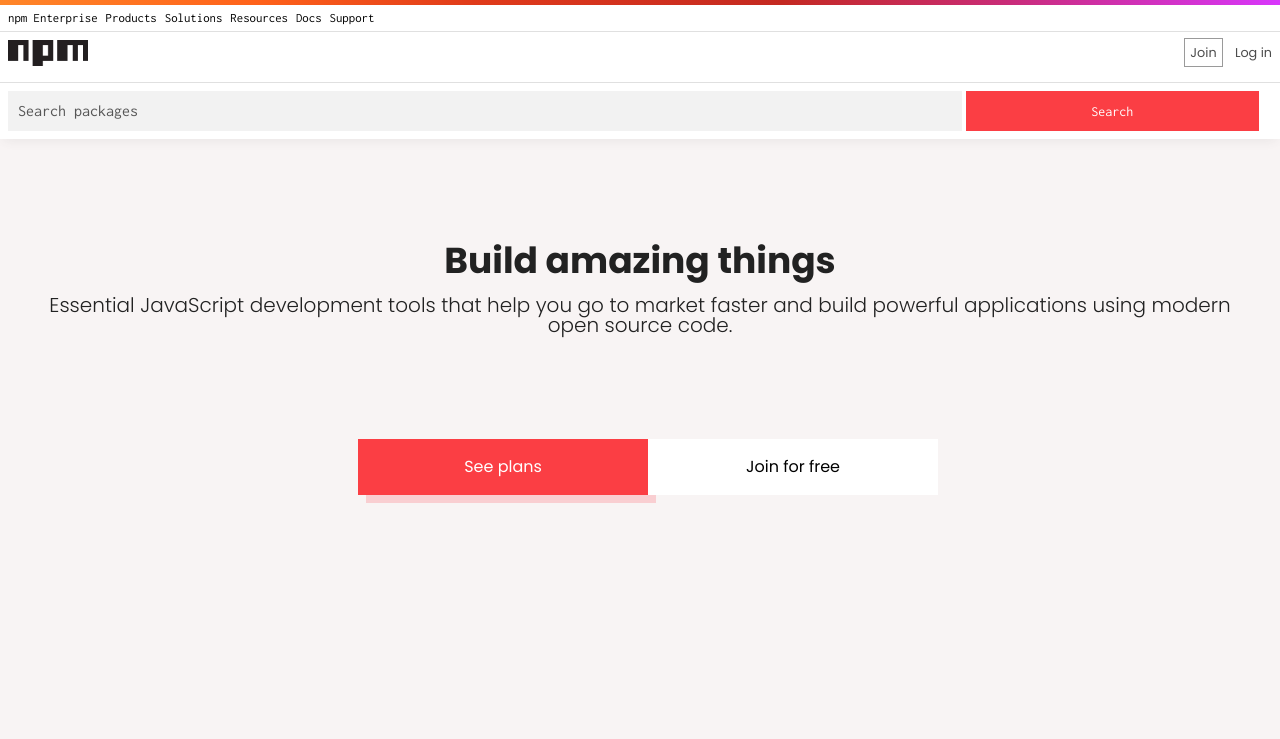
Repository: MarilynCuore/Ejercicico4
Page: index.html
The author's editor kept a copy of each file at every save. The page is drawn from the files as they stood at one save, then again after the next save.
The browser window is 1280 px wide. The pictures show the part of the page from y = 0 to 739 px (the page is 2210 px tall).
Pictures or frames that could not be fetched are drawn as grey boxes. The style sheet was rebuilt from its Sass, Less or Tailwind sources for each picture, by a compiler version that may differ from the author's.

Above is the page before, as saved 2019-05-24 20:58:51.

### index.html
<!DOCTYPE html>
<html lang="en">

<head>
    <meta charset="UTF-8">
    <meta name="viewport" content="width=device-width, initial-scale=1.0">
    <meta http-equiv="X-UA-Compatible" content="ie=edge">
    <title>Document</title>
    <link rel="stylesheet" href="./styles/styles.css">
    <link rel="stylesheet" href="./styles/reset.css">
</head>

<body>
    <!-- Header -->
    <header>
        <!-- Gradient -->
        <div class="gradient"></div>
        <nav class="main-nav">
            <!-- Menu -->
            <div class="principal-nav">
                <ul>
                    <li>❤</li>
                    <li><a href="">NaN producing Misery</a></li>
                </ul>
                <ul>
                    <li><a href="">npm Enterprise</a></li>
                    <li><a href="">Products</a></li>
                    <li><a href="">Solutions</a></li>
                    <li><a href="">Resources</a></li>
                    <li><a href="">Docs</a></li>
                    <li><a href="">Support</a></li>
                </ul>
            </div>
            <!-- Menu 2-->
            <div class="second-nav">
                <div class="logo">
                    <a href="">
                        <img src="./src/npmlogo.png" alt="">
                    </a>
                </div>
                <div class="login">
                    <a>Join</a>
                    <a>Log in</a>
                </div>
                <div class="search">
                    <input type="text" placeholder="Search packages">
                    <button>Search</button>
                </div>
            </div>
        </nav>
    </header>

    <!-- Section 1 -->
    <section class="principal-section">
        <div class="content-principal-section">
            <h1>Build amazing things</h1>
            <span>Essential JavaScript development tools that help you go to market faster and build powerful
                applications
                using modern open source code.</span>
        </div>
        <div class="action-principal-section">
            <a href="">See plans</a>
            <a href="">Join for free</a>
        </div>
    </section>

    <!-- Section 2 -->
    <section class="second-section">
        <div class="bg-image"></div>
        <div class="text-conten-second-section">
            <h2>Bring the best of open source to your company</h2>
            <p>npm is the tool used by over 11,000,000 JavaScript developers around the world. Your developers already
                use it. Your company depends on it. Create an Org and get more out of the tools your team already knows
                and loves.</p>
        </div>
    </section>

    <!-- Section 3 -->
    <div class="third-section">
        <article>
            <img src="https://static.npmjs.com/attachments/cjsdu28lz00nmph74dpr1pju0-zero-configuration.svg" alt="">
            <h3>Zero configuration</h3>
            <p>Create an org, add your team, and start collaborating. Nothing to configure, set up, or manage.</p>
        </article>
        <article>
            <img src="https://static.npmjs.com/attachments/cjsdu28r921djsp74bnt4i9t5-team-management.svg" alt="">
            <h3>Team management</h3>
            <p>Control who has access to what modules within your team namespace using straightforward team management
                capabilities.</p>
        </article>
        <article>
            <img src="https://static.npmjs.com/attachments/cjsdu27ac21d4u674dz9uoaoq-feature-parity.svg" alt="">
            <h3>Familiar features</h3>
            <p>npm Orgs has 100% parity with all the public npm registry features your developers already use.</p>
        </article>
        <article>
            <img src="https://static.npmjs.com/attachments/cjsdu28xd21her174xt02voit-npm-audit.svg" alt="">
            <h3>npm audit</h3>
            <p>Enjoy the security auditing features built into the npm client, a zero-friction way to make open source
                software safer.</p>
        </article>
        <div class="actions">
            <a href="">Create an Org</a>
        </div>

    </div>
</body>

</html>

### styles/styles.scss
/* Fonts */
@import url("https://fonts.googleapis.com/css?family=Poppins:500,700&display=swap");
@import url("https://fonts.googleapis.com/css?family=Inconsolata:400,700&display=swap");
@import url("https://fonts.googleapis.com/css?family=Poppins:300&display=swap");
@import url("https://fonts.googleapis.com/css?family=Poppins&display=swap");
/* Variable */

/* Fonts */
$font: "Inconsolata", monospace;
$font2: "Poppins", sans-serif;
/* Colors */
$pink: #fb3e44;
$lighter-grey: rgba(0, 0, 0, 0.05);
$grey: rgba(0, 0, 0, 0.7);
$grey-background: rgba(232, 217, 217, 0.3);
$yellow: rgba(255, 204, 53, 0.4);

/* all Inputs */
::-webkit-input-placeholder {
  color: #555;
  font-family: $font;
  padding-left: 0.5rem;
}
::-moz-placeholder {
  color: #555;
  font-family: $font;
  padding-left: 0.5rem;
} /* firefox 19+ */
:-ms-input-placeholder {
  color: #555;
  font-family: $font;
  padding-left: 0.5rem;
} /* ie */
input:-moz-placeholder {
  color: #555;
  font-family: $font;
  padding-left: 0.5rem;
}
/* Mobile Version */
header {
  overflow: hidden;
  box-shadow: 0 4px 13px -3px rgba(0, 0, 0, 0.10196);
  /* Gradient */
  .gradient {
    width: 100vw;
    height: 5px;
    background: rgba(255, 134, 41, 1);
    background: -moz-linear-gradient(
      left,
      rgba(255, 134, 41, 1) 0%,
      rgba(255, 98, 26, 1) 20%,
      rgba(224, 59, 26, 1) 37%,
      rgba(214, 52, 29, 1) 46%,
      rgba(196, 41, 33, 1) 61%,
      rgba(201, 44, 122, 1) 79%,
      rgba(216, 54, 252, 1) 100%
    );
    background: -webkit-gradient(
      left top,
      right top,
      color-stop(0%, rgba(255, 134, 41, 1)),
      color-stop(20%, rgba(255, 98, 26, 1)),
      color-stop(37%, rgba(224, 59, 26, 1)),
      color-stop(46%, rgba(214, 52, 29, 1)),
      color-stop(61%, rgba(196, 41, 33, 1)),
      color-stop(79%, rgba(201, 44, 122, 1)),
      color-stop(100%, rgba(216, 54, 252, 1))
    );
    background: -webkit-linear-gradient(
      left,
      rgba(255, 134, 41, 1) 0%,
      rgba(255, 98, 26, 1) 20%,
      rgba(224, 59, 26, 1) 37%,
      rgba(214, 52, 29, 1) 46%,
      rgba(196, 41, 33, 1) 61%,
      rgba(201, 44, 122, 1) 79%,
      rgba(216, 54, 252, 1) 100%
    );
    background: -o-linear-gradient(
      left,
      rgba(255, 134, 41, 1) 0%,
      rgba(255, 98, 26, 1) 20%,
      rgba(224, 59, 26, 1) 37%,
      rgba(214, 52, 29, 1) 46%,
      rgba(196, 41, 33, 1) 61%,
      rgba(201, 44, 122, 1) 79%,
      rgba(216, 54, 252, 1) 100%
    );
    background: -ms-linear-gradient(
      left,
      rgba(255, 134, 41, 1) 0%,
      rgba(255, 98, 26, 1) 20%,
      rgba(224, 59, 26, 1) 37%,
      rgba(214, 52, 29, 1) 46%,
      rgba(196, 41, 33, 1) 61%,
      rgba(201, 44, 122, 1) 79%,
      rgba(216, 54, 252, 1) 100%
    );
    background: linear-gradient(
      to right,
      rgba(255, 134, 41, 1) 0%,
      rgba(255, 98, 26, 1) 20%,
      rgba(224, 59, 26, 1) 37%,
      rgba(214, 52, 29, 1) 46%,
      rgba(196, 41, 33, 1) 61%,
      rgba(201, 44, 122, 1) 79%,
      rgba(216, 54, 252, 1) 100%
    );
    filter: progid:DXImageTransform.Microsoft.gradient( startColorstr='#ff8629', endColorstr='#d836fc', GradientType=1 );
  }
}

/* Main Nav */
.main-nav {
  display: flex;
  flex-direction: column;
  justify-content: center;
  background-color: white;
  /* Top  Nav */
  .principal-nav {
    display: flex;
    width: 100%;
    padding-left: 0.5rem;
    justify-content: space-between;
    padding-top: 0.25rem;
    padding-bottom: 0.4rem;
    border-bottom: solid 0.2px #e0e0e0;
    ul {
      display: flex;
      &:first-child {
        display: none;
      }
      li {
        flex-grow: 1;
        padding-right: 0.5rem;
        display: block;
        a {
          text-decoration: none;
          color: black;
          font-family: $font;
          font-weight: 500;
          text-decoration: none;
          font-size: 0.8rem;
        }
      }
    }
  }

  /* Second  Nav */
  .second-nav {
    display: flex;
    flex-wrap: wrap;
    .logo {
      width: 50%;
      padding-bottom: 1rem;
      a {
        img {
          padding-left: 0.5rem;
          padding-top: 0.5rem;
          width: 80px;
        }
      }
    }
    .login {
      width: 50%;
      font-family: $font2;
      color: $grey;
      text-align: right;
      padding-top: 0.7rem;
      a {
        padding-left: 0.5rem;
        font-size: 0.8rem;
        &:nth-of-type(1) {
          border: 1px solid #9a9a9a;
          padding: 5px;
        }
        &:nth-of-type(2) {
          padding-right: 0.5rem;
        }
      }
    }
    .search {
      border-top: solid 0.2px #e0e0e0;
      padding-left: 0.5rem;
      padding-top: 0.5rem;
      padding-bottom: 0.5rem;
      width: 100%;
      input {
        background-color: $lighter-grey;
        border: none;
        width: calc(100% - 25%);
        height: 40px;
        box-sizing: border-box;
      }
      button {
        width: 23%;
        background-color: $pink;
        border: none;
        color: white;
        height: 40px;
        box-sizing: border-box;
        font-family: $font;
        font-size: 0.875rem;
        padding-bottom: 0px;
      }
    }
  }
}

/* Principal Section */
.principal-section {
  background-color: $grey-background;
  height: calc(100vh - 120px);
  display: flex;
  flex-direction: column;
  align-items: center;
  .content-principal-section {
    display: flex;
    flex-direction: column;
    height: 50%;
    justify-content: center;
    text-align: center;
    max-width: 95%;
    h1 {
      font-size: 2.25rem;
      font-family: $font2;
      font-weight: bold;
      padding-bottom: 1rem;
    }
    span {
      font-family: $font2;
      font-size: 1.25rem;
      font-weight: 300;
    }
  }
  .action-principal-section {
    display: flex;
    flex-direction: column;
    justify-content: center;
    a {
      padding: 20px;
      min-width: 250px;
      text-align: center;
      font-family: $font2;
      &:nth-of-type(1) {
        background-color: $pink;
        box-shadow: 8px 8px 0 rgba(251, 59, 73, 0.2);
        color: white;
        text-decoration: none;
        margin-bottom: 2rem;
      }
      &:nth-of-type(2) {
        background-color: white;
        text-decoration: none;
        color: black;
        height: 16px;
      }
    }
  }
}
/* Second Section */
.second-section {
  height: 100vh;
  .bg-image {
    height: 50vh;
    background-image: url("https://static.npmjs.com/attachments/cjsdu27d721czsp74i05n4iey-best-open.svg");
    background-repeat: no-repeat;
    background-size: 50%;
    background-position: center;
  }
  .text-conten-second-section {
    max-width: 95%;
    height: 50vh;
    text-align: center;
    h2 {
      text-decoration: underline;
      text-decoration-color: $yellow;
      font-family: $font;
      font-weight: bold;
      font-size: 2.25rem;
      padding-bottom: 2rem;
    }
    p {
      font-size: 1rem;
      line-height: 1.5;
      font-family: $font;
    }
  }
}

/* Third Section */
.third-section {
  margin: 0 auto;
  max-width: 80%;
  article {
    img {
      width: 32px;
    }
    h3 {
      font-size: 1rem;
      margin-top: 1rem;
      font-family: $font2;
      color: $pink;
      margin-bottom: 700;
      font-weight: bold;
      padding-bottom: 1.5rem;
    }
    p {
      color: #333;
      font-family: $font2;
      font-weight: 400;
      line-height: 1.5;
      font-size: 0.9rem;
      margin-bottom: 4rem;
    }
  }
  .actions {
    width: 100%;
    display: flex;
    justify-content: center;

    a {
      margin-top: 2rem;
      font-size: 1rem;
      color: white;
      background: black;
      min-width: 250px;
      font-family: $font2;
      font-weight: bold;
      text-decoration: none;
      padding: 20px;
      text-align: center;
      box-shadow: 8px 8px 0 rgba(128, 83, 35, 0.2);
    }
  }
}

/*Media Query*/
@media only screen and (min-width: 960px) {
  .principal-section {
    .action-principal-section {
      flex-direction: row;
      a{
          &:nth-of-type(1){
              margin-left: 1rem;
          }
      }
    }
  }
}

Loaded but not shown: styles/reset.css (common file)

After the next save:
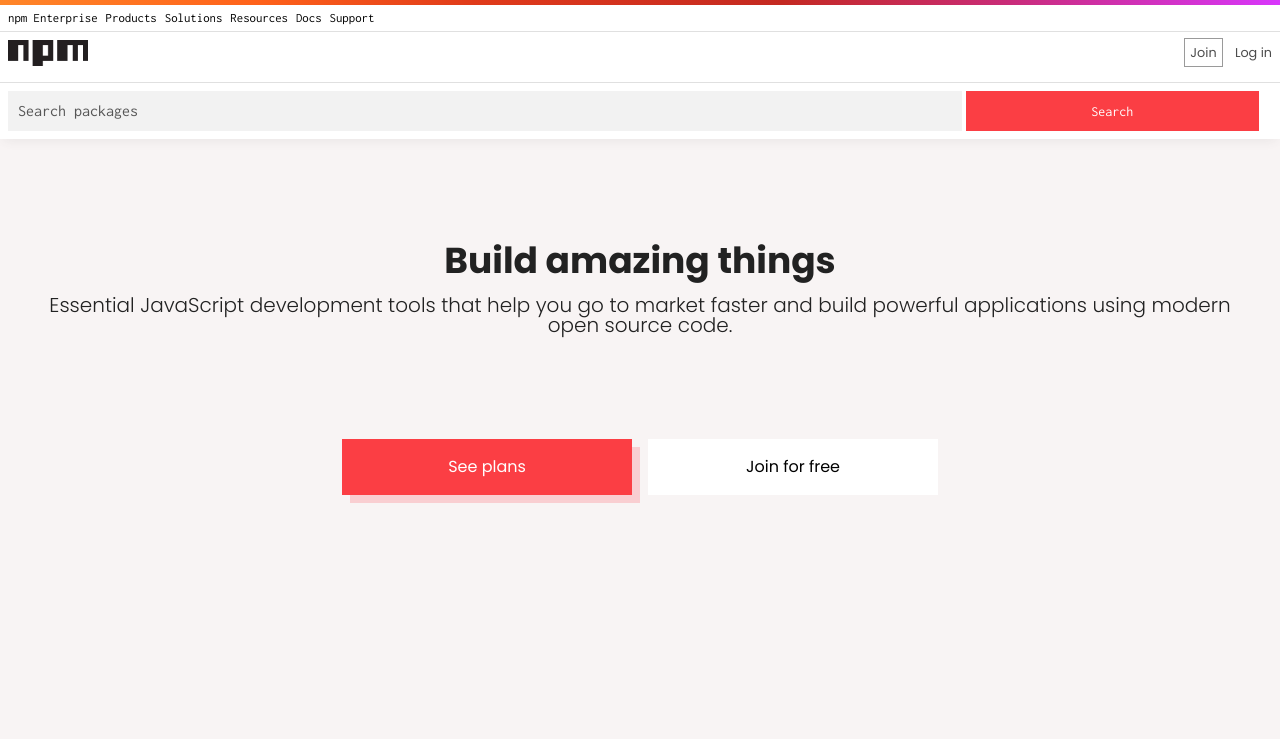
Saved 14 s later.
--- a/styles/styles.scss
+++ b/styles/styles.scss
@@ -342,7 +342,7 @@
       flex-direction: row;
       a{
           &:nth-of-type(1){
-              margin-left: 1rem;
+              margin-right: 1rem;
           }
       }
     }
